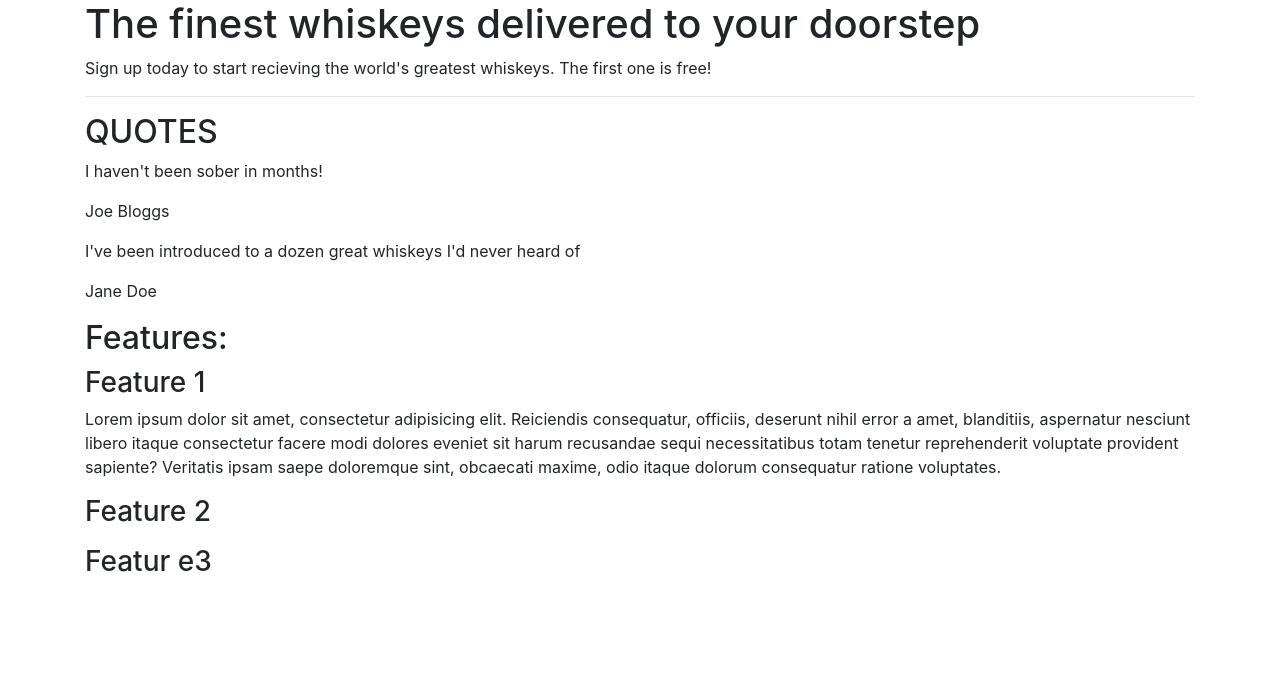
Repository: Matt-F90/Intro-to-bootstrap
Page: index..html
The author's editor kept a record of every edit. The page is drawn from the files as they stood at one moment, then again after the next edit.
The browser window is 1280 px wide. The pictures show the whole page.

Above is the page before.
Console error: TypeError: Cannot read properties of undefined (reading 'fn')

After the next edit:
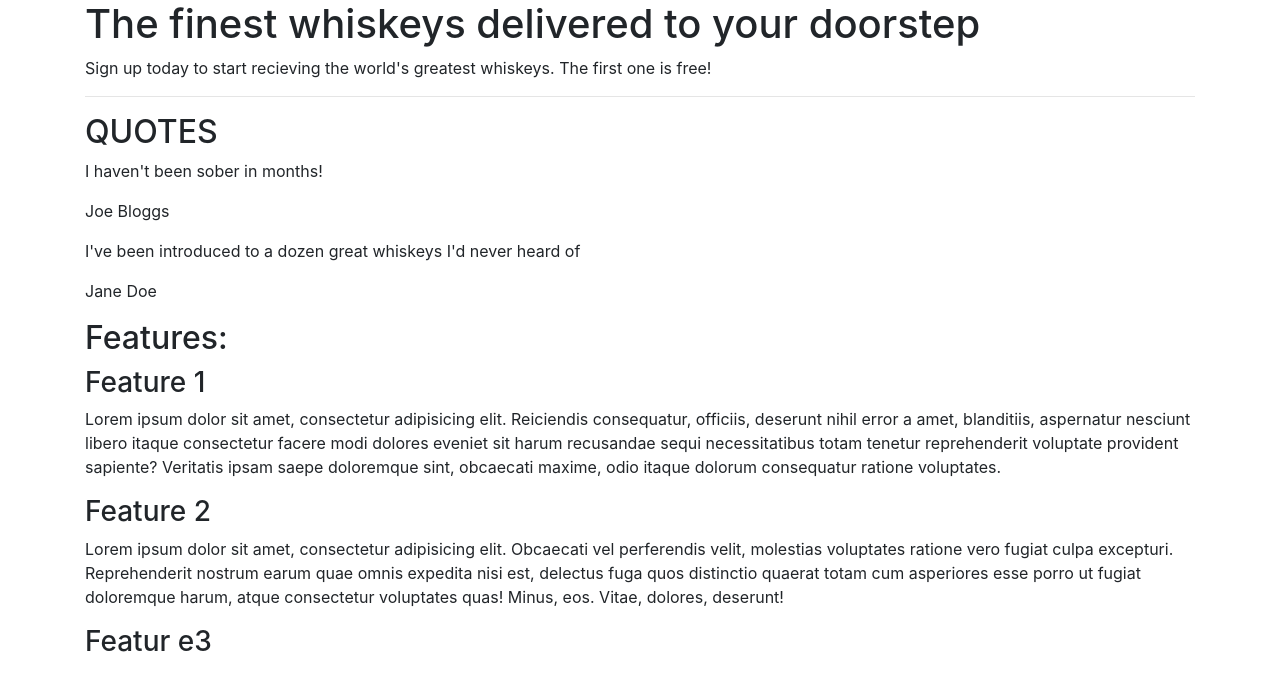
The edit:
--- a/index..html
+++ b/index..html
@@ -37,7 +37,7 @@
             </div>
             <div class="feature">
                 <h3>Feature 2</h3>
-                <p></p>
+                <p>Lorem ipsum dolor sit amet, consectetur adipisicing elit. Obcaecati vel perferendis velit, molestias voluptates ratione vero fugiat culpa excepturi. Reprehenderit nostrum earum quae omnis expedita nisi est, delectus fuga quos distinctio quaerat totam cum asperiores esse porro ut fugiat doloremque harum, atque consectetur voluptates quas! Minus, eos. Vitae, dolores, deserunt!</p>
             </div>
             <div class="feature">
                 <h3>Featur e3</h3>
